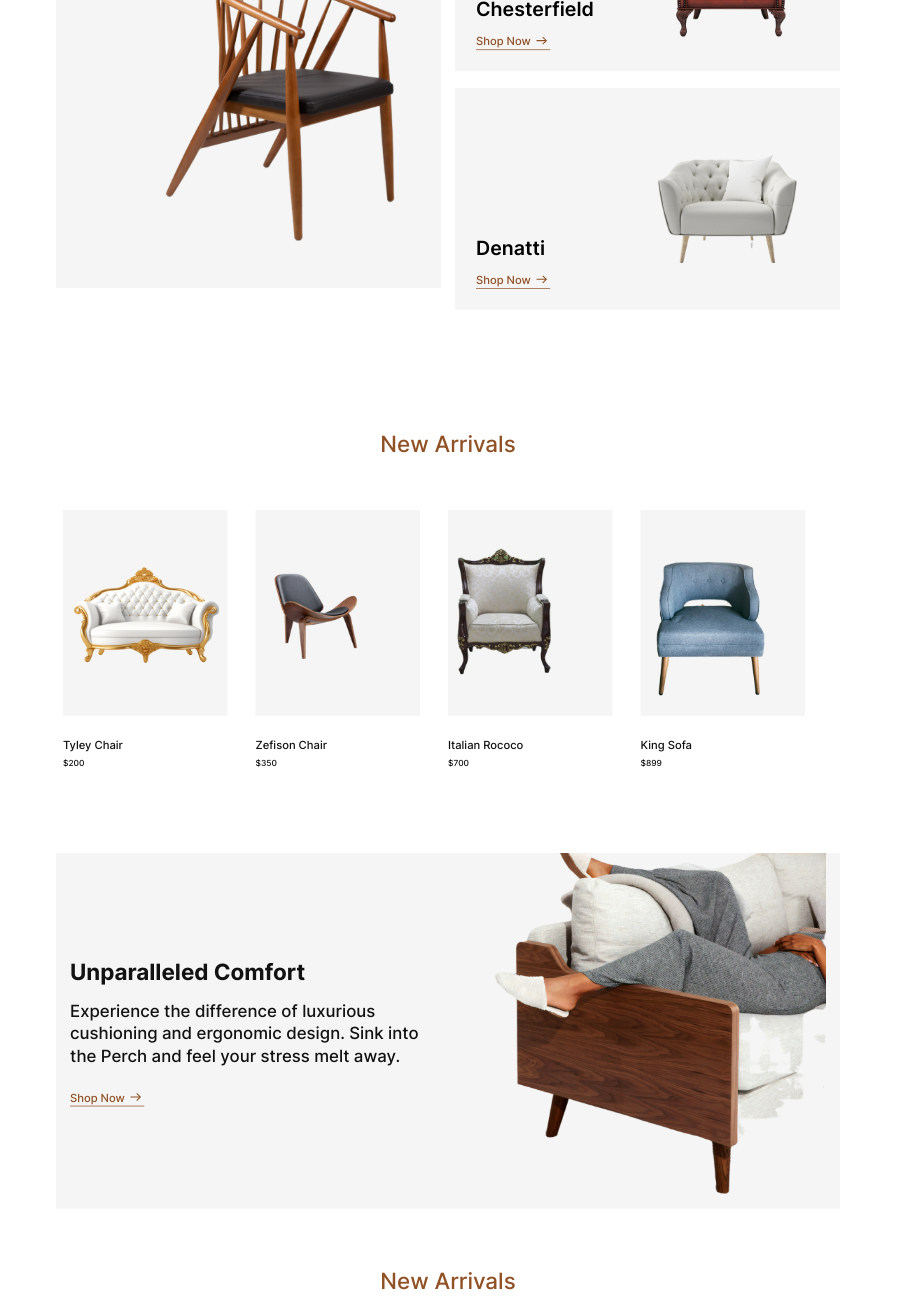
Repository: abdulmalikyusuf/HNG11-Stage02
Page: /
An editor plug-in stored every save of this project. The page is shown before and after the next save, followed by the edit.
The browser window is 1280 px wide. The page is 1296 px wide, so the pictures cover 1296 px, including what lies to the right of the window. The pictures show the part of the page from y = 1141 to 3021 px (the page is 4131 px tall), at 70% of full size.
The project was rebuilt for these pictures with package versions that can differ from the ones it lists, and the page was loaded fresh each time. Also part of the build but not shown: vite.config.ts.

Above is the page before, as saved 2024-07-07 17:10:50.

### index.html
<!DOCTYPE html>
<html lang="en">
  <head>
    <meta charset="UTF-8" />
    <!-- <link rel="icon" type="image/svg+xml" href="/vite.svg" /> -->
    <meta name="viewport" content="width=device-width, initial-scale=1.0" />
    <title>Pearch E-Commerce App</title>
  </head>
  <body>
    <div id="root"></div>
    <script type="module" src="/src/main.tsx"></script>
  </body>
</html>

### src/App.tsx
import { createBrowserRouter, RouterProvider } from "react-router-dom";

import RootLayout from "@/routes/root";
import IndexPage from "@/routes";
import "./App.css";

const router = createBrowserRouter([
  {
    path: "/",
    element: <RootLayout />,
    // errorElement: <ErrorPage />,
    children: [
      {
        index: true,
        element: <IndexPage />,
      },
      {
        path: "cart",
        element: <p>Cart</p>,
      },
      {
        path: "checkout",
        element: <p>Checkout</p>,
      },
    ],
  },
]);

function App() {
  return <RouterProvider router={router} />;
}

export default App;

### src/index.css
:root {
  font-family: Inter, system-ui, Avenir, Helvetica, Arial, sans-serif;
  line-height: 1.5;
  font-weight: 400;

  color-scheme: light dark;
  /* color: rgba(255, 255, 255, 0.87);
  background-color: #242424; */

  font-synthesis: none;
  text-rendering: optimizeLegibility;
  -webkit-font-smoothing: antialiased;
  -moz-osx-font-smoothing: grayscale;
}
@font-face {
  font-family: Inter;
  src: url(fonts/Inter.ttf) format("truetype");
}
@font-face {
  font-family: SpaceGrotesk;
  src: url(fonts/SpaceGrotesk.ttf) format("truetype");
}
@font-face {
  font-family: NicoMoji;
  src: url(fonts/NicoMoji-Regular.ttf) format("truetype");
}

### src/routes/root.tsx
import { Outlet } from "react-router-dom";

import Footer from "@/components/footer";
import Header from "@/components/header";

function RootLayout() {
  return (
    <>
      <Header />
      <Outlet />
      <div className="flow-root">
        <Footer />
      </div>
    </>
  );
}

export default RootLayout;

### src/routes/index.tsx
import { Link } from "react-router-dom";

import ChairHero from "@/assets/img/83417461_Slipper -2 1.png";
import Chair1 from "@/assets/img/vertical-shot-wooden-chair-white 1.png";
import Chair2 from "@/assets/img/83419490_Wingback Chair -4.png";
import Chair3 from "@/assets/img/7043761_861.png";
import BannerImage from "@/assets/img/unsplash_348dJPXEFHk.png";
import MoreChairImage1 from "@/assets/img/unsplash_Kh4tedFdHz4.png";
import MoreChairImage2 from "@/assets/img/unsplash_L7EwHkq1B2s.png";
import MoreChairImage3 from "@/assets/img/unsplash_Gh_UjjYoVwk.png";
import NewArrival1 from "@/assets/img/new-arrivals/81678229_Luxury white and golden sofa -3 1.png";
import NewArrival2 from "@/assets/img/new-arrivals/Paste image.png";
import NewArrival3 from "@/assets/img/new-arrivals/unsplash_IjTqniVFP1Y.png";
import NewArrival4 from "@/assets/img/new-arrivals/unsplash_ItMggD0EguY.png";

const newArrivals = [
  { image: NewArrival1, name: "Tyley Chair", price: 200 },
  { image: NewArrival2, name: "Zefison Chair", price: 350 },
  { image: NewArrival3, name: "Italian Rococo", price: 700 },
  { image: NewArrival4, name: "King Sofa", price: 899 },
];
function IndexPage() {
  return (
    <>
      <div className="flex items-center gap-24 bg-[#F5F5F5] px-[100px] py-13">
        <div className="flex flex-col gap-24">
          <div className="text-6xl font-bold">
            <h2 className="text-black">Elevate Your</h2>
            <h2 className="uppercase text-primary">comfort</h2>
          </div>
          <div className="font-semibold text-xl leading-6 flex flex-col gap-6">
            <p className="">Want comfort and style? Perch is for you.</p>
            <p className="text-primary">See collection</p>
          </div>
        </div>
        <div className="flex-1">
          <img src={ChairHero} alt="A chair from pearch website" className="" />
        </div>
      </div>
      <div className="px-4 md:px-10 lg:13 xl:px-20 2xl:px-24 flex flex-col gap-20 mb-28">
        <div className="py-[88px]">
          <div className="grid grid-cols-2 grid-rows-2 items-stretch gap-x-5 gap-y-6">
            <div className="row-span-2">
              <div className="p-[30px] bg-miscellaneous flex flex-col">
                <div className="flex-1 flex flex-col gap-3">
                  <h5 className="text-[28px] font-semibold">Scandinavian</h5>
                  <Link
                    to=""
                    className="w-fit font-medium text-primary border-b border-primary inline-flex items-center gap-1"
                  >
                    Shop Now{" "}
                    <span className="">
                      <svg
                        xmlns="http://www.w3.org/2000/svg"
                        width="24"
                        height="25"
                        viewBox="0 0 24 25"
                        fill="none"
                      >
                        <mask
                          id="mask0_18_143"
                          style={{ maskType: "alpha" }}
                          maskUnits="userSpaceOnUse"
                          x="0"
                          y="0"
                          width="24"
                          height="25"
                        >
                          <rect y="0.5" width="24" height="24" fill="#D9D9D9" />
                        </mask>
                        <g mask="url(#mask0_18_143)">
                          <path
                            d="M13.8462 18.1538L12.7923 17.0693L16.6115 13.25H4.5V11.75H16.6115L12.7923 7.93075L13.8462 6.84625L19.5 12.5L13.8462 18.1538Z"
                            fill="#905125"
                          />
                        </g>
                      </svg>
                    </span>
                  </Link>
                </div>
                <div className="self-end -mt-20">
                  <img src={Chair1} alt="" className="" />
                </div>
              </div>
            </div>
            <div className="p-[30px] bg-miscellaneous flex items-end justify-between">
              <div className="flex-1 flex flex-col gap-3">
                <h5 className="text-[28px] font-semibold">Chesterfield</h5>
                <Link
                  to=""
                  className="w-fit font-medium text-primary border-b border-primary inline-flex items-center gap-1"
                >
                  Shop Now{" "}
                  <span className="">
                    <svg
                      xmlns="http://www.w3.org/2000/svg"
                      width="24"
                      height="25"
                      viewBox="0 0 24 25"
                      fill="none"
                    >
                      <mask
                        id="mask0_18_143"
                        style={{ maskType: "alpha" }}
                        maskUnits="userSpaceOnUse"
                        x="0"
                        y="0"
                        width="24"
                        height="25"
                      >
                        <rect y="0.5" width="24" height="24" fill="#D9D9D9" />
                      </mask>
                      <g mask="url(#mask0_18_143)">
                        <path
                          d="M13.8462 18.1538L12.7923 17.0693L16.6115 13.25H4.5V11.75H16.6115L12.7923 7.93075L13.8462 6.84625L19.5 12.5L13.8462 18.1538Z"
                          fill="#905125"
                        />
                      </g>
                    </svg>
                  </span>
                </Link>
              </div>
              <img src={Chair2} alt="" className="" />
            </div>
            <div className="p-[30px] bg-miscellaneous flex items-end justify-between">
              <div className="flex-1 flex flex-col gap-3">
                <h5 className="text-[28px] font-semibold">Denatti</h5>
                <Link
                  to=""
                  className="w-fit font-medium text-primary border-b border-primary inline-flex items-center gap-1"
                >
                  Shop Now{" "}
                  <span className="">
                    <svg
                      xmlns="http://www.w3.org/2000/svg"
                      width="24"
                      height="25"
                      viewBox="0 0 24 25"
                      fill="none"
                    >
                      <mask
                        id="mask0_18_143"
                        style={{ maskType: "alpha" }}
                        maskUnits="userSpaceOnUse"
                        x="0"
                        y="0"
                        width="24"
                        height="25"
                      >
                        <rect y="0.5" width="24" height="24" fill="#D9D9D9" />
                      </mask>
                      <g mask="url(#mask0_18_143)">
                        <path
                          d="M13.8462 18.1538L12.7923 17.0693L16.6115 13.25H4.5V11.75H16.6115L12.7923 7.93075L13.8462 6.84625L19.5 12.5L13.8462 18.1538Z"
                          fill="#905125"
                        />
                      </g>
                    </svg>
                  </span>
                </Link>
              </div>
              <img src={Chair3} alt="" className="" />
            </div>
          </div>
        </div>
        <div className="">
          <h4 className="capitalize text-32 text-center text-primary font-medium">
            new arrivals
          </h4>
          <div className="mt-[30px]">
            <div className="flex gap-5 overflow-clip -mr-24">
              {newArrivals.map((chair) => (
                <div
                  key={chair.name}
                  className="w-[255px] py-10 px-2.5 flex flex-col gap-[30px]"
                >
                  <div className="flex h-[294px] items-center bg-miscellaneous">
                    <img
                      src={chair.image}
                      alt={`${chair.name} image`}
                      className=""
                    />
                  </div>
                  <div className="flex flex-col gap-1.5 text-primary-label font-medium">
                    <p className="">{chair.name}</p>
                    <small className="text-xs">${chair.price}</small>
                  </div>
                </div>
              ))}
            </div>
          </div>
        </div>
        <div className="px-5 bg-miscellaneous">
          <div className="flex items-center gap-16">
            <div className="flex-1 text-primary-label">
              <h4 className="text-32 font-bold">Unparalleled Comfort</h4>
              <p className="mt-4 text-2xl font-medium">
                Experience the difference of luxurious cushioning and ergonomic
                design. Sink into the Perch and feel your stress melt away.
              </p>
              <Link
                to=""
                className="mt-[30px] w-fit font-medium text-primary border-b border-primary inline-flex items-center gap-1"
              >
                Shop Now{" "}
                <span className="">
                  <svg
                    xmlns="http://www.w3.org/2000/svg"
                    width="24"
                    height="25"
                    viewBox="0 0 24 25"
                    fill="none"
                  >
                    <mask
                      id="mask0_18_143"
                      style={{ maskType: "alpha" }}
                      maskUnits="userSpaceOnUse"
                      x="0"
                      y="0"
                      width="24"
                      height="25"
                    >
                      <rect y="0.5" width="24" height="24" fill="#D9D9D9" />
                    </mask>
                    <g mask="url(#mask0_18_143)">
                      <path
                        d="M13.8462 18.1538L12.7923 17.0693L16.6115 13.25H4.5V11.75H16.6115L12.7923 7.93075L13.8462 6.84625L19.5 12.5L13.8462 18.1538Z"
                        fill="#905125"
                      />
                    </g>
                  </svg>
                </span>
              </Link>
            </div>
            <div className="flex-1">
              <img src={BannerImage} alt="" className="" />
            </div>
          </div>
        </div>

        <div className="">
          <h4 className="capitalize text-32 text-center text-primary font-medium">
            new arrivals
          </h4>
          <div className="mt-[30px] flex gap-5">
            {[MoreChairImage1, MoreChairImage2, MoreChairImage3].map(
              (img, i) => (
                <div key={`product-image-${i}`} className="">
                  <img src={img} alt="" className="" />
                </div>
              )
            )}
          </div>
          <div className="mt-11">
            <Link
              to=""
              className="mt-[30px] w-fit font-medium text-primary border-b border-primary inline-flex items-center gap-1"
            >
              See More{" "}
              <span className="">
                <svg
                  xmlns="http://www.w3.org/2000/svg"
                  width="24"
                  height="25"
                  viewBox="0 0 24 25"
                  fill="none"
                >
                  <mask
                    id="mask0_18_143"
                    style={{ maskType: "alpha" }}
                    maskUnits="userSpaceOnUse"
                    x="0"
                    y="0"
                    width="24"
                    height="25"
                  >
                    <rect y="0.5" width="24" height="24" fill="#D9D9D9" />
                  </mask>
                  <g mask="url(#mask0_18_143)">
                    <path
                      d="M13.8462 18.1538L12.7923 17.0693L16.6115 13.25H4.5V11.75H16.6115L12.7923 7.93075L13.8462 6.84625L19.5 12.5L13.8462 18.1538Z"
                      fill="#905125"
                    />
                  </g>
                </svg>
              </span>
            </Link>
          </div>
        </div>
      </div>
    </>
  );
}

export default IndexPage;

### src/components/footer.tsx
import React from "react";
import { Icons } from "./icons";

function Footer() {
  return (
    <footer className="py-[30px] bg-miscellaneous px-24 h[80vh] flex flex-col justify-between gap-16">
      <div className="flex flex-col items-center gap-[30px] py-20 border border-primary border-dashed">
        <div className="text-center text-primary-label">
          <h3 className="text-4xl font-bold">Join Our Newsletter</h3>
          <p className="mt-3">Big discount and latest news in your inbox</p>
        </div>
        <div className="flex gap-5">
          <div className="flex rounded-md w-96 border border-primary items-center gap-2 p-2.5">
            <Icons.mail className="size-[22px] stroke-primary" />
            <input
              type="email"
              name=""
              id=""
              placeholder="Email address"
              className="bg-transparent text-[rgba(18,_18,_18,_0.50)] font-medium placeholder:font-normal focus:outline-none"
            />
          </div>
          <button
            type="submit"
            className="bg-primary rounded p-2.5 capitalize text-white"
          >
            sign up
          </button>
        </div>
      </div>
      <div className="flex flex-col gap-4 items-center">
        <h4 className="py-2 text-32 text-label-primary font-nico-moji">
          Perch
        </h4>
        <ul className="flex gap-4 text-xl font-medium text-primary-label">
          <li className="">About Us</li>
          <li className="">Contact Us</li>
          <li className="">Privacy</li>
          <li className="">My Account</li>
        </ul>
      </div>
      <div className="py-2.5 -mx-24 border-t border-primary text-center">
        <p className="font-medium text-primary">© 2024 Perch Store</p>
      </div>
    </footer>
  );
}

export default Footer;

### src/components/header.tsx
import { cn } from "@/lib/utils";
import { Icons } from "@/components/icons";
import { Link } from "react-router-dom";
import { CartButton } from "./cart-button";

function Header() {
  return (
    <header
      className={cn(
        "h-[46px] md:h-[68px] relative flex items-center justify-between px-4 md:px-10 lg:13 xl:px-20 2xl:px-24",
        "bg-[#F5F5F5] border-transparent text-black-900 [--logo-fill:#121212]"
      )}
    >
      <div className="flex items-center justify-center gap-3 md:gap-6">
        <button type="button" className="md:hidden">
          <Icons.hamburgerMenu className="size-[26px] md:size-7" />
        </button>
        <Link to="/" className="py-2">
          <span className="text-[32px] leading-normal text-primary-label font-nico-moji capitalize">
            pearch
          </span>
        </Link>
      </div>
      <div className="hidden md:flex justify-center">
        <ul className="flex gap-10">
          {["Home", "Shop", "Products", "Pages"].map((menu) => (
            <li key={menu}>
              <span
                className={cn(
                  "flex items-center justify-center w-fit hover:border-b font-space-grotesk transition-colors focus-visible:outline-none focus-visible:ring-1 focus-visible:ring-ring disabled:pointer-events-none",
                  "gap-0.5 button-xs",
                  "text-black-900 hover:text-black-400 disabled:text-black-700"
                )}
              >
                {menu}{" "}
                <Icons.chevronDown
                  className="size-[18px] relative top-[1px] transition-transform duration-200 ease-in group-data-[state=open]:-rotate-180"
                  aria-hidden
                />
              </span>
            </li>
          ))}

          {/* <NavigationMenu.Link
                  className={cn(
                    "hover:border-b font-space-grotesk transition-colors focus-visible:outline-none focus-visible:ring-1 focus-visible:ring-ring disabled:pointer-events-none",
                    "gap-0.5 button-xs",
                    "text-black-900 hover:text-black-400 disabled:text-black-700"
                  )}
                  href="https://github.com/radix-ui"
                >
                  {menu.title}{" "}
                </NavigationMenu.Link> */}
        </ul>
      </div>
      <div className="flex gap-5 items-center">
        <button type="button" className="hidden md:inline-flex size-7">
          <Icons.search className="" />
        </button>
        <button className="hidden md:inline-flex size-7">
          <Icons.user className="" />
        </button>
        <CartButton numOfItems={2} />
      </div>
    </header>
  );
}

export default Header;

### src/lib/utils.ts
import { type ClassValue, clsx } from "clsx";
import { twMerge } from "tailwind-merge";

export function cn(...inputs: ClassValue[]) {
	return twMerge(clsx(inputs));
}
export function formatPrice(
	price: number | string,
	currency: "USD" | "EUR" | "GBP" | "BDT" = "USD",
	notation: "compact" | "engineering" | "scientific" | "standard" = "standard",
) {
	return new Intl.NumberFormat("en-US", {
		style: "currency",
		currency,
		notation,
	}).format(Number(price));
}

export function arrayRange(start: number, stop: number, step: number) {
	return Array.from(
		{ length: (stop - start) / step + 1 },
		(value, index) => start + index * step,
	);
}

### src/components/cart-button.tsx
import { forwardRef, type ButtonHTMLAttributes } from "react";
import { Slot } from "@radix-ui/react-slot";

import { cn } from "@/lib/utils";
import { Icons } from "@/components/icons";

export interface CartButtonProps
  extends ButtonHTMLAttributes<HTMLButtonElement> {
  numOfItems: number;
  asChild?: boolean;
}

const CartButton = forwardRef<HTMLButtonElement, CartButtonProps>(
  ({ numOfItems, asChild, ...props }, ref) => {
    const Comp = asChild ? Slot : "button";
    return (
      <Comp
        ref={ref}
        {...props}
        type="button"
        className="inline-flex items-center gap-0.5 w-[50px] h-[26px] sm:h-7"
      >
        <Icons.cart className="size-[26px] sm:size-7 text-[var(--icon-colour)]" />
        <span
          className={cn(
            "inline-flex items-center justify-center size-5 rounded-full text-xs leading-[10px] font-inter font-bold",
            "bg-primary text-white [--icon-colour:var(--black-900)]"
          )}
        >
          {numOfItems}
        </span>
      </Comp>
    );
  }
);

CartButton.displayName = "CartButton";

export { CartButton };

### tailwind.config.ts
import { Config } from "tailwindcss";

export default {
  content: ["./index.html", "./src/**/*.{js,ts,jsx,tsx}"],
  theme: {
    fontFamily: {
      "space-grotesk": ["SpaceGrotesk"],
      inter: ["Inter"],
      "nico-moji": ["NicoMoji"],
    },
    extend: {
      padding: {
        13: "52px",
      },
      fontSize: {
        32: "32px",
      },
      colors: {
        primary: {
          DEFAULT: "#905125",
          label: "#121212",
        },
        miscellaneous: "#F5F5F5",
      },
    },
  },
  plugins: [],
} satisfies Config;

Loaded but not shown: src/main.tsx (common file); src/App.css (common file); src/components/icons.tsx (297 lines, source omitted)

After the next save:
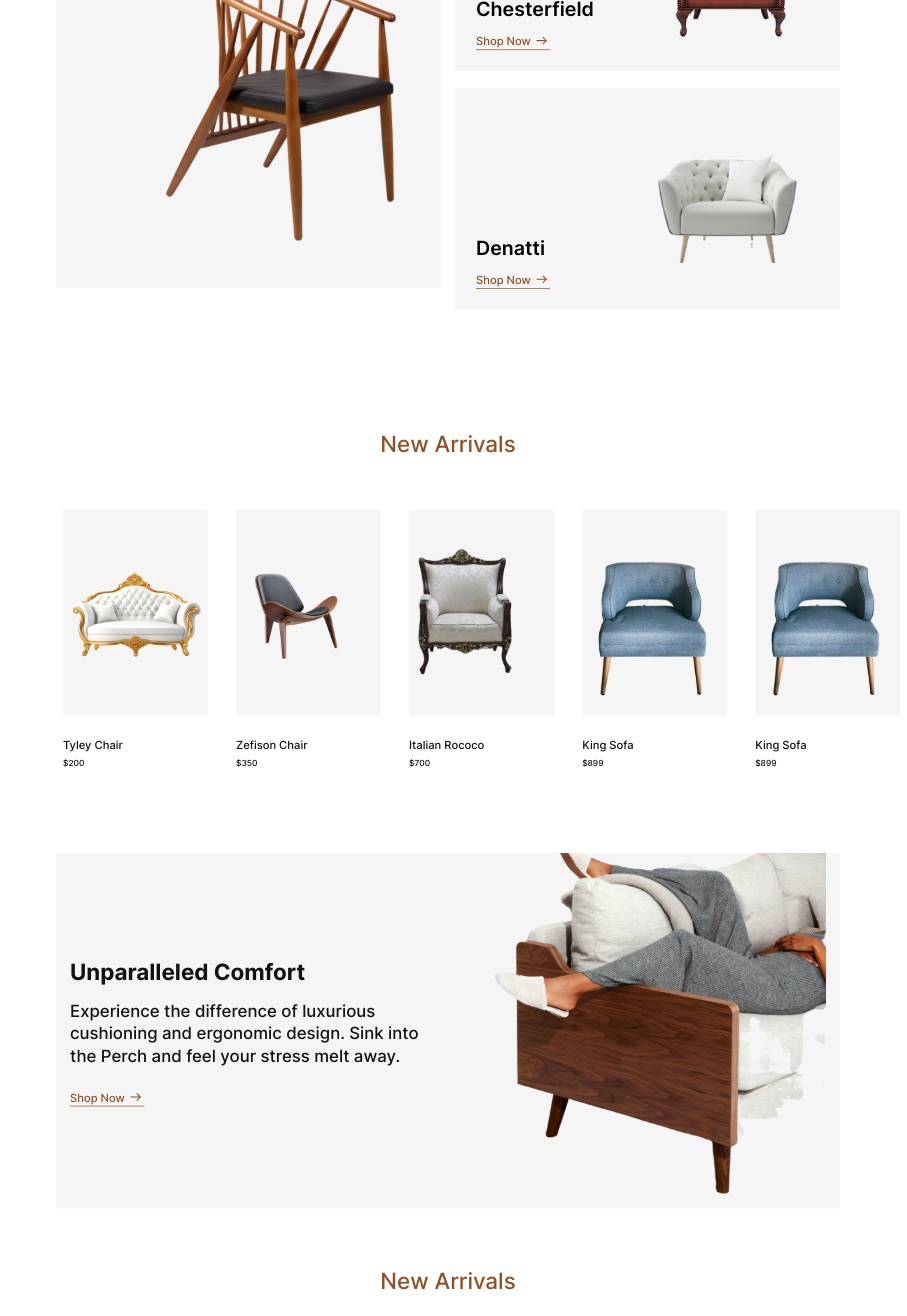
Saved 14 s later.
--- a/src/routes/index.tsx
+++ b/src/routes/index.tsx
@@ -17,6 +17,7 @@
   { image: NewArrival1, name: "Tyley Chair", price: 200 },
   { image: NewArrival2, name: "Zefison Chair", price: 350 },
   { image: NewArrival3, name: "Italian Rococo", price: 700 },
+  { image: NewArrival4, name: "King Sofa", price: 899 },
   { image: NewArrival4, name: "King Sofa", price: 899 },
 ];
 function IndexPage() {
